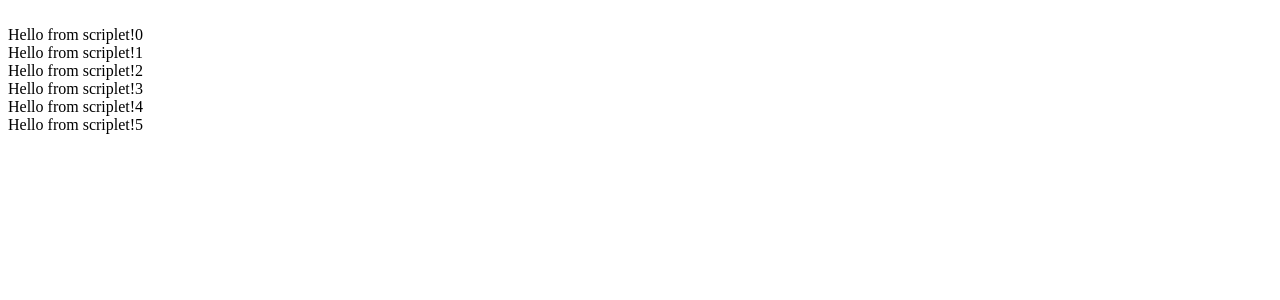
Repository: atonizer/workspace
Page: http://localhost/jspdemo/scriplet-test.jsp
The author's editor kept a copy of each file at every save. The page is drawn from the files as they stood at one save, then again after the next save.
The browser window is 1280 px wide. The pictures show the whole page.
The page is served by Tomcat 9. Other server files are loaded and not shown.

Above is the page before, as saved 2016-08-20 09:35:12.

### jspdemo/WebContent/scriplet-test.jsp
<%@ page language="java" contentType="text/html; charset=UTF-8"
    pageEncoding="UTF-8"%>
<!DOCTYPE html PUBLIC "-//W3C//DTD HTML 4.01 Transitional//EN" "http://www.w3.org/TR/html4/loose.dtd">
<html>
<head>
<meta http-equiv="Content-Type" content="text/html; charset=UTF-8">
<title>Hello World of Java!</title>
</head>
<body>
<%
for(int i=0; i<=5; i++){
	out.println("<br/>Hello from scriplet!" + i);
}
%>
</body>
</html>

After the next save:
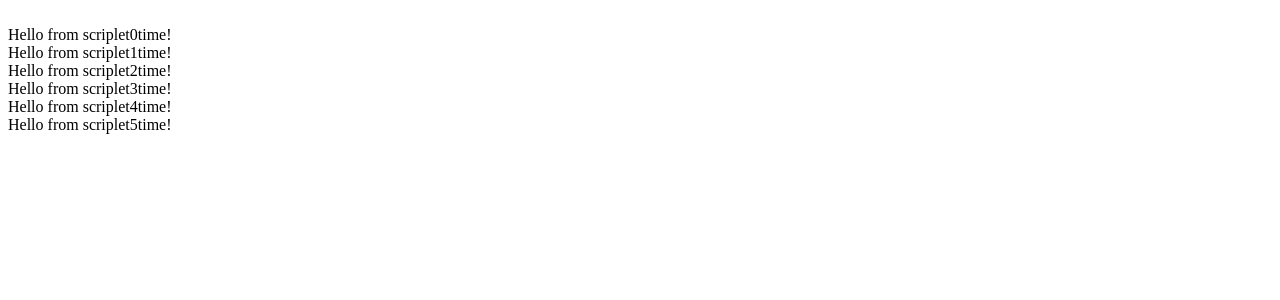
Saved 112 s later.
--- a/jspdemo/WebContent/scriplet-test.jsp
+++ b/jspdemo/WebContent/scriplet-test.jsp
@@ -9,7 +9,7 @@
 <body>
 <%
 for(int i=0; i<=5; i++){
-	out.println("<br/>Hello from scriplet!" + i);
+	out.println("<br/>Hello from scriplet" + i + "time!");
 }
 %>
 </body>
